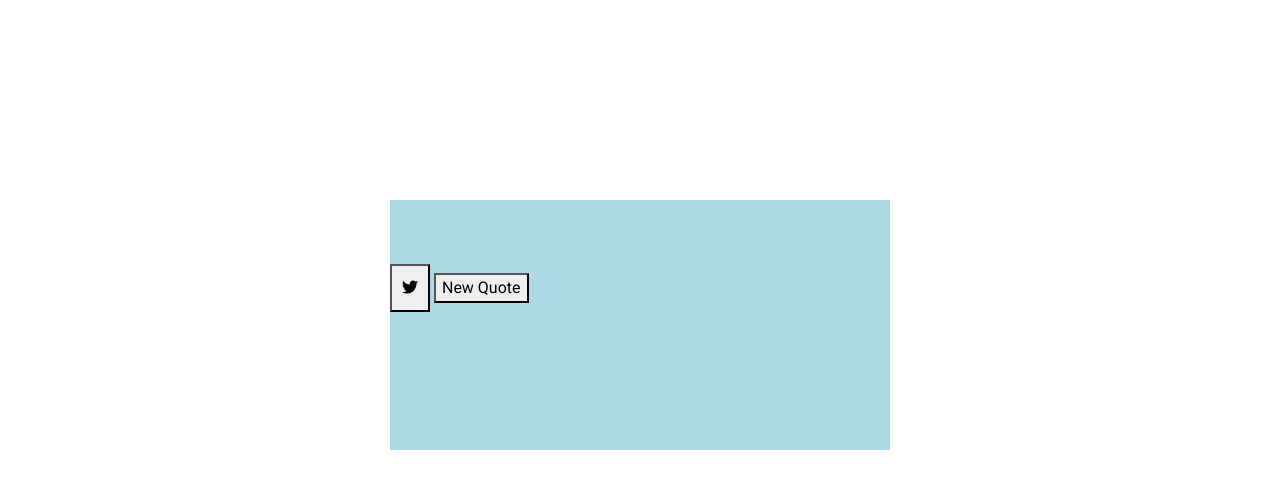
Repository: derektypist/random-quote-machine
Page: index.html
The author's editor kept a record of every edit. The page is drawn from the files as they stood at one moment, then again after the next edit.
The browser window is 1280 px wide. The pictures show the whole page.
Some web libraries are served in a nearby version.

Above is the page before.

### index.html
<!DOCTYPE html>
<html lang="en">

<head>
    <meta charset="UTF-8">
    <meta name="viewport" content="width=device-width, initial-scale=1.0">
    <meta http-equiv="X-UA-Compatible" content="ie=edge">
    <title>Random Quote Machine</title>
    <!-- Load Style Sheets -->
    <link rel="stylesheet" href="https://maxcdn.bootstrapcdn.com/bootstrap/4.4.1/css/bootstrap.min.css" integrity="sha384-Vkoo8x4CGsO3+Hhxv8T/Q5PaXtkKtu6ug5TOeNV6gBiFeWPGFN9MuhOf23Q9Ifjh" crossorigin="anonymous">
    <link rel="stylesheet" href="https://use.fontawesome.com/releases/v5.8.1/css/all.css" integrity="sha384-50oBUHEmvpQ+1lW4y57PTFmhCaXp0ML5d60M1M7uH2+nqUivzIebhndOJK28anvf" crossorigin="anonymous">
    <link href="https://fonts.googleapis.com/css?family=Roboto&display=swap" rel="stylesheet">
    <style>
        /* Quote Box */

        #quote-box {
            font-family: "Roboto", Arial, Verdana, sans-serif;
            background-color: lightblue;
            display: block;
            position: relative;
            top: 200px;
            height: 250px;
            width: 500px;
            margin: auto;
        }

        #text {
            padding: 10px;
        }

        #author {
            text-align: right;
            padding: 10px;
        }

        #tweet-quote button {
            text-align: center;
            padding: 10px;
        }

        #tweet-quote:hover button {
            background-color: orange;
        }

        #new-quote {
            padding: 10px;
        }
    </style>

    <!-- Load Scripts -->

</head>

<body>
    <!-- Set Up Quote Box -->
    <article id="quote-box">
        <h4 id="text"></h4>
        <p id="author"></p>
        <a href="https://www.twitter.com/intent/tweet" target="_blank" title="Tweet" id="tweet-quote"><button type="button"><i class="fab fa-twitter"></i></button></a>
        <button onclick="displayNewQuote()" title="New Quote">New Quote</button>
    </article>


    <!-- Set Up Script -->
    <script>
        // Define Function to Display New Quote

        function displayNewQuote() {
            // Set Up Random Index

            let randomIndex = Math.floor(Math.random() * 13);

            // Set Up Constants noting use of Literals

            const possibleText = ["\"Hope smiles from the threshold of the year to come whispering.  It will be happier.\"",
                "\"O wind, if winter comes can spring be far behind?\"",
                "\"Spring is nature's way of saying 'Let's Party'.\"",
                "\"Sweet April showers do spring May Flowers.\"",
                "\"As full of spirit as the month of May, and as gorgeous as the sun in Midsummer.\"",
                "\"There are two seasons in Scotland: June and Winter.\"",
                "\"People don't notice whether it's winter or summer when they're happy.\"",
                "\"Summer Afternoon---summer afternoon; to me those have always been the first two beautiful words in the English Language.\"",
                "\"Autumn is a second spring when every leaf is a flower.\"",
                "\"In seed time learn, in harvest teach, in winter enjoy.\"",
                "\"Winter is the time for comfort, for good food and warmth, for the touch of a friendly hand and a talk beside the fire: it is time for home.\"",
                "\"Thank you for your kind words.\"",
                "\"It looks as though you had a great time Derek.\""
            ];
            const text = possibleText[randomIndex];
            const possibleAuthors = ["Alfred Lord Tennyson",
                                    "Percy Bysshe Shelley",
                                    "Robin Williams",
                                    "Thomas Tusser",
                                    "William Shakespeare",
                                    "Billy Connolly",
                                    "Anton Chekhov",
                                    "Henry James",
                                    "Albert Camus",
                                    "William Blake",
                                    "Edith Sitwell",
                                    "Daphne Pink",
                                    "Andrea Harrison"];
            const author = possibleAuthors[randomIndex];

            // Display text and author in the Browser Window
            document.getElementById("text").innerHTML = text;
            document.getElementById("author").innerHTML = author;
        }
    </script>
</body>

</html>

After the next edit:
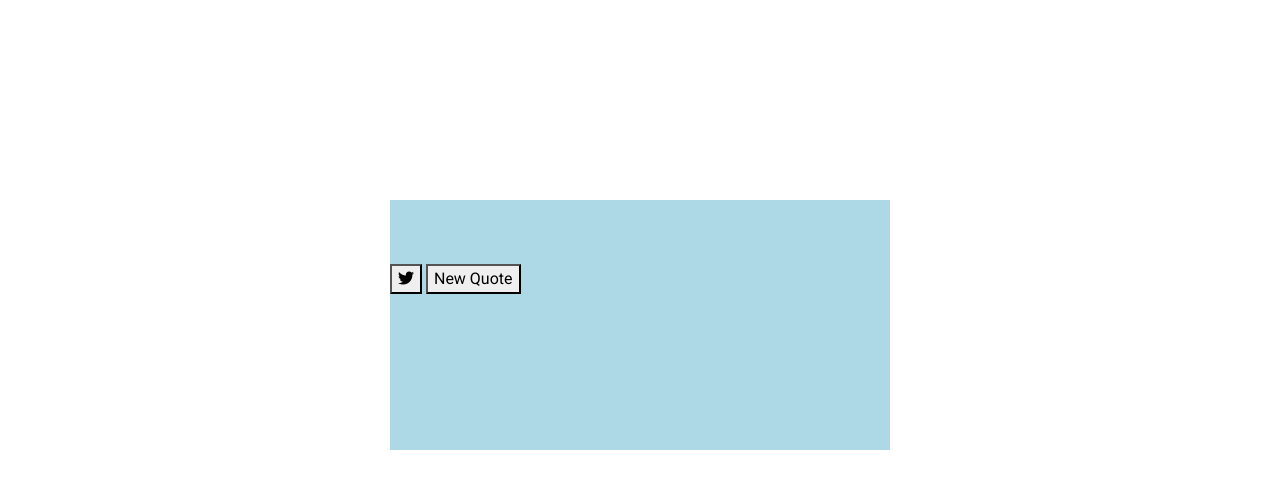
The edit:
--- a/index.html
+++ b/index.html
@@ -35,7 +35,6 @@
 
         #tweet-quote button {
             text-align: center;
-            padding: 10px;
         }
 
         #tweet-quote:hover button {
